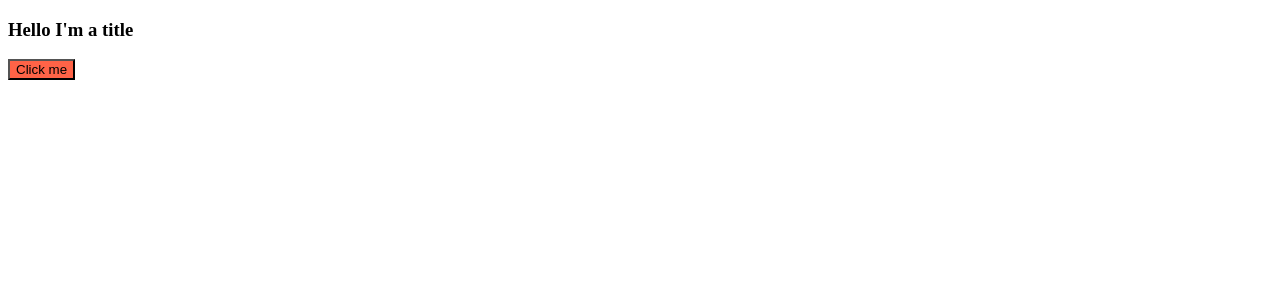
Repository: TaewookKwak/React
Page: index.html
These files come from the project's save history. The page is drawn as it stood at one moment and after the next save; the edit follows.
The browser window is 1280 px wide. The pictures show the whole page.

Above is the page before, as saved 2021-12-14 17:44:45.

After the next save:
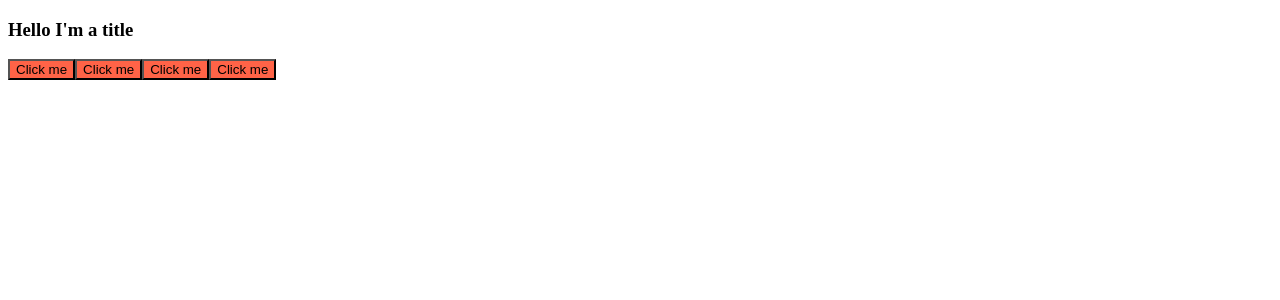
Saved 2 min 19 s later.
--- a/index.html
+++ b/index.html
@@ -28,6 +28,9 @@
         <div>
         <Title />
         <Button />
+        <Button />
+        <Button />
+        <Button />
         </div>
     );
     ReactDOM.render(<Container />, root);
